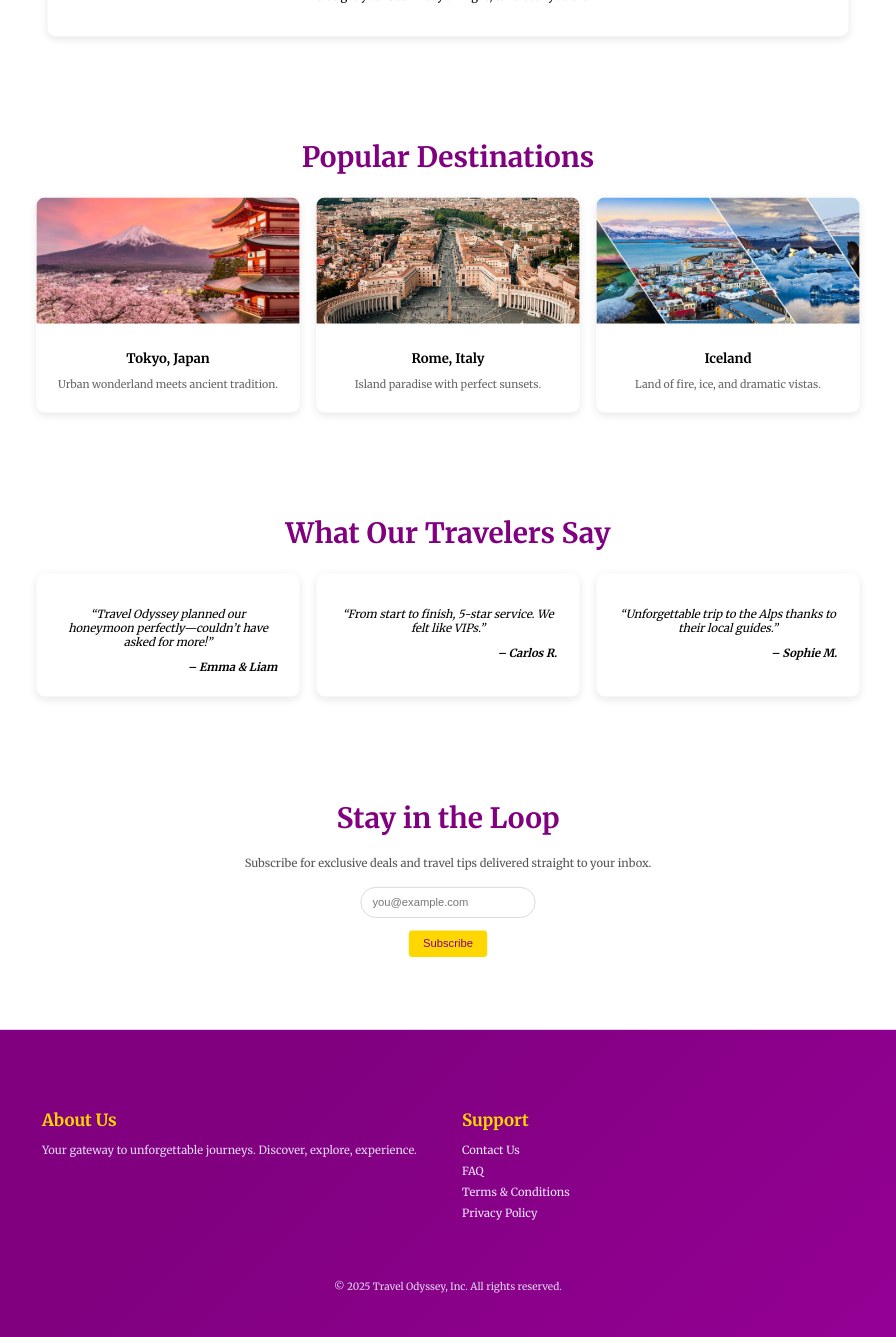
Repository: GHzPhoenix/Project-Odyssey
Page: Frontend/index.html
The author's editor kept a copy of each file at every save. The page is drawn from the files as they stood at one save, then again after the next save.
The browser window is 1280 px wide. The pictures show the part of the page from y = 1403 to 3323 px (the page is 3313 px tall before and 3323 px after), at 70% of full size.

Above is the page before, as saved 2025-06-13 14:43:22.

### Frontend/index.html
<!DOCTYPE html>
<html lang="en">
  <head>
    <meta charset="UTF-8" />
    <meta name="viewport" content="width=device-width, initial-scale=1.0" />
    <title>Travel Odyssey</title>
    <link rel="stylesheet" href="/Frontend/css/style.css" />
    <link rel="preconnect" href="https://fonts.googleapis.com" />
    <link rel="preconnect" href="https://fonts.gstatic.com" crossorigin />
    <link
      href="https://fonts.googleapis.com/css2?family=Merriweather:wght@300;400;700;900&display=swap"
      rel="stylesheet"
    />
  </head>
  <body>
    <header>
      <nav>
        <div class="logo">
          <img src="/Frontend/assets/your-logo.png" alt="Logo" />
          Travel Odyssey
        </div>
        <button
          class="menu-toggle"
          aria-label="Toggle navigation"
          onclick="toggleMenu()"
        >
          <div></div>
          <div></div>
          <div></div>
        </button>
        <ul class="nav-menu">
          <li><a href="index.html" class="active">Home</a></li>
          <li><a href="deals.html">Deals</a></li>
          <li class="dropdown-parent">
            <a href="#">Services ▼</a>
            <div class="dropdown">
              <a href="membership.html">Memberships</a>
              <a href="dream.html">Plan Your Trip</a>
              <a href="client-area.html">Client Area</a>
            </div>
          </li>
          <li><a href="contact.html">Contact</a></li>
          <li><a href="signup.html" class="signup-btn">Sign Up</a></li>
        </ul>
      </nav>
    </header>

    <main>
      <section class="hero">
        <div class="hero-content">
          <h1>Your Adventure Begins Here</h1>
          <p>
            Hand-crafted itineraries, exclusive insider access, and 24/7 support
            wherever you roam.
          </p>
          <div class="hero-buttons">
            <a href="deals.html" class="signup-btn">Browse Deals</a>
            <a href="dream.html" class="signup-btn">Plan Your Trip</a>
          </div>
        </div>
      </section>

      <section class="features">
        <h2>Why Choose Us</h2>
        <div class="feature-cards">
          <div class="feature-card">
            <img src="/Frontend/assets/travel.jpg" alt="Expert Guides" />
            <h3>Expert Guides</h3>
            <p>
              Local experts to unlock hidden gems and authentic experiences.
            </p>
          </div>
          <div class="feature-card">
            <img src="/Frontend/assets/travel2.jpg" alt="Custom Itineraries" />
            <h3>Custom Itineraries</h3>
            <p>Trips tailored exactly to your interests, pace, and budget.</p>
          </div>
          <div class="feature-card">
            <img src="/Frontend/assets/avatar.jpg" alt="24/7 Support" />
            <h3>24/7 Support</h3>
            <p>We’ve got your back—day or night, wherever you are.</p>
          </div>
        </div>
      </section>

      <section class="popular">
        <h2>Popular Destinations</h2>
        <div class="popular-cards">
          <div class="popular-card">
            <img src="/Frontend/assets/tokyo.jpg" alt="Tokyo" />
            <div class="card-info">
              <h3>Tokyo, Japan</h3>
              <p>Urban wonderland meets ancient tradition.</p>
            </div>
          </div>
          <div class="popular-card">
            <img src="/Frontend/assets/rome.jpg" alt="Bali" />
            <div class="card-info">
              <h3>Rome, Italy</h3>
              <p>Island paradise with perfect sunsets.</p>
            </div>
          </div>
          <div class="popular-card">
            <img src="/Frontend/assets/iceland.jpg" alt="Iceland" />
            <div class="card-info">
              <h3>Iceland</h3>
              <p>Land of fire, ice, and dramatic vistas.</p>
            </div>
          </div>
        </div>
      </section>

      <section class="testimonials">
        <h2>What Our Travelers Say</h2>
        <div class="testimonial-cards">
          <div class="testimonial-card">
            <p>
              “Travel Odyssey planned our honeymoon perfectly—couldn’t have
              asked for more!”
            </p>
            <span>– Emma & Liam</span>
          </div>
          <div class="testimonial-card">
            <p>“From start to finish, 5-star service. We felt like VIPs.”</p>
            <span>– Carlos R.</span>
          </div>
          <div class="testimonial-card">
            <p>
              “Unforgettable trip to the Alps thanks to their local guides.”
            </p>
            <span>– Sophie M.</span>
          </div>
        </div>
      </section>

      <section class="newsletter">
        <h2>Stay in the Loop</h2>
        <p>
          Subscribe for exclusive deals and travel tips delivered straight to
          your inbox.
        </p>
        <form id="newsletter-form">
          <input type="email" placeholder="you@example.com" required />
          <button type="submit">Subscribe</button>
        </form>
      </section>
    </main>

    <footer class="footer">
      <div class="footer-container">
        <div class="footer-section">
          <h3>About Us</h3>
          <p>
            Your gateway to unforgettable journeys. Discover, explore,
            experience.
          </p>
        </div>
        <div class="footer-section">
          <h3>Support</h3>
          <ul>
            <li><a href="contact.html">Contact Us</a></li>
            <li><a href="faq.html">FAQ</a></li>
            <li><a href="terms.html">Terms & Conditions</a></li>
            <li><a href="privacy.html">Privacy Policy</a></li>
          </ul>
        </div>
      </div>
      <div class="footer-bottom">
        <p>© 2025 Travel Odyssey, Inc. All rights reserved.</p>
      </div>
    </footer>

    <script>
      function toggleMenu() {
        document.querySelector(".nav-menu").classList.toggle("active");
      }
      document
        .getElementById("newsletter-form")
        .addEventListener("submit", (e) => {
          e.preventDefault();
          alert("Thanks for subscribing!");
          e.target.reset();
        });
    </script>
  </body>
</html>

Loaded but not shown: Frontend/css/style.css (1245 lines, source omitted)

After the next save:
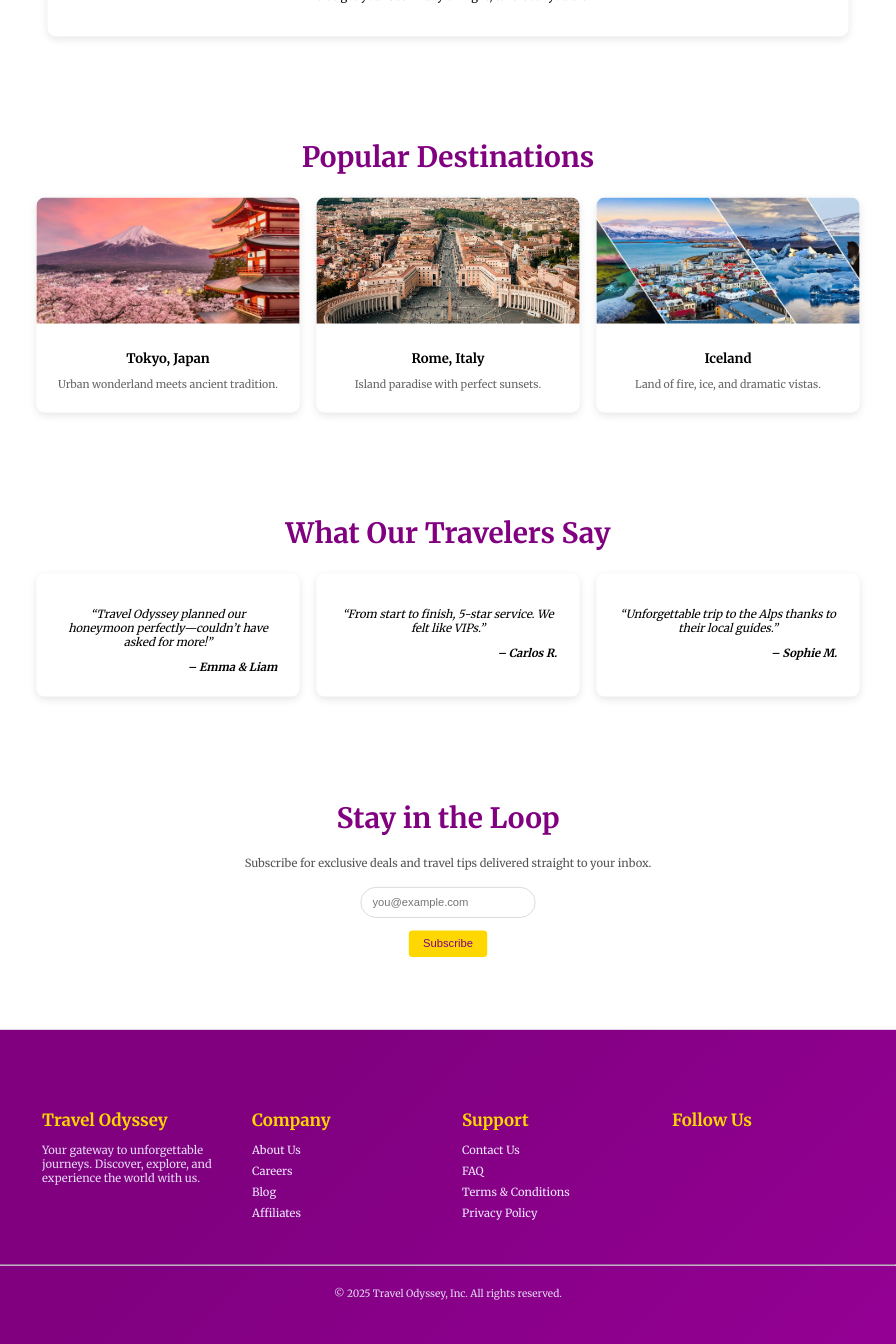
Saved 51 s later.
--- a/Frontend/index.html
+++ b/Frontend/index.html
@@ -149,11 +149,20 @@
     <footer class="footer">
       <div class="footer-container">
         <div class="footer-section">
-          <h3>About Us</h3>
+          <h3>Travel Odyssey</h3>
           <p>
-            Your gateway to unforgettable journeys. Discover, explore,
-            experience.
+            Your gateway to unforgettable journeys. Discover, explore, and
+            experience the world with us.
           </p>
+        </div>
+        <div class="footer-section">
+          <h3>Company</h3>
+          <ul>
+            <li><a href="aboutus.html">About Us</a></li>
+            <li><a href="careers.html">Careers</a></li>
+            <li><a href="blog.html">Blog</a></li>
+            <li><a href="affiliates.html">Affiliates</a></li>
+          </ul>
         </div>
         <div class="footer-section">
           <h3>Support</h3>
@@ -164,7 +173,17 @@
             <li><a href="privacy.html">Privacy Policy</a></li>
           </ul>
         </div>
+        <div class="footer-section">
+          <h3>Follow Us</h3>
+          <div class="social-icons">
+            <a href="#"><i class="fab fa-facebook"></i></a>
+            <a href="#"><i class="fab fa-instagram"></i></a>
+            <a href="#"><i class="fab fa-twitter"></i></a>
+            <a href="#"><i class="fab fa-youtube"></i></a>
+          </div>
+        </div>
       </div>
+      <hr />
       <div class="footer-bottom">
         <p>© 2025 Travel Odyssey, Inc. All rights reserved.</p>
       </div>
